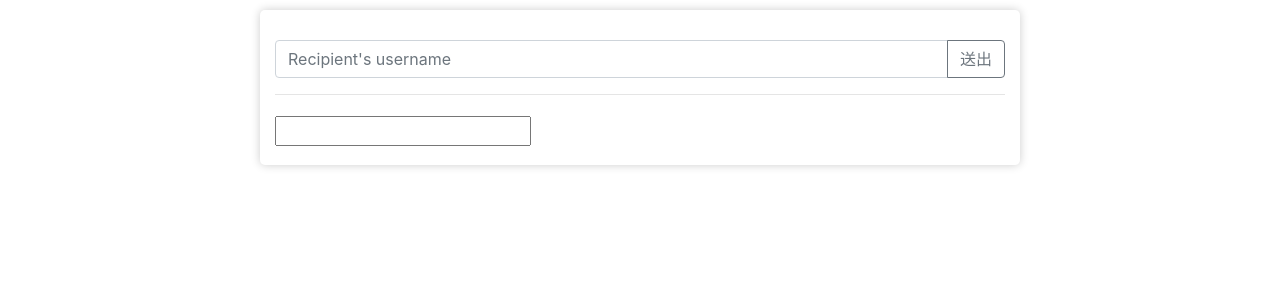
Repository: iian0910/vue3_todoList
Page: /
An editor plug-in stored every save of this project. The page is shown before and after the next save, followed by the edit.
The browser window is 1280 px wide. The pictures show the whole page.
The project was rebuilt for these pictures with package versions that can differ from the ones it lists, and the page was loaded fresh each time.

Above is the page before, as saved 2021-02-23 16:05:56.

After the next save:
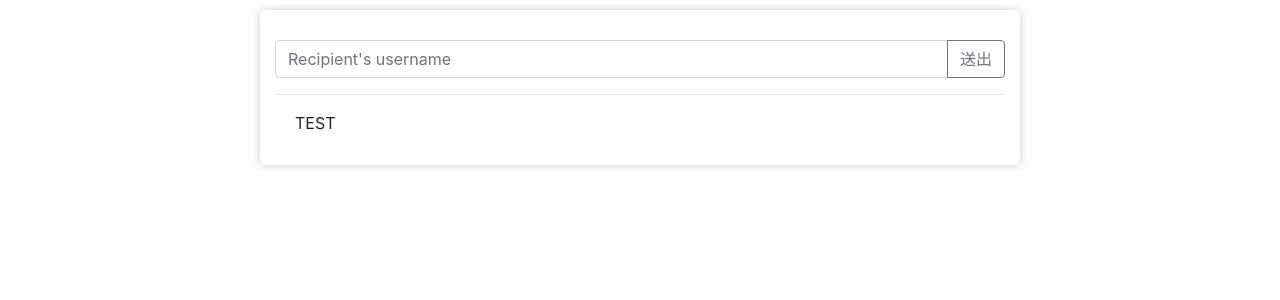
Saved 12 s later.
--- a/src/components/TodoList.vue
+++ b/src/components/TodoList.vue
@@ -22,7 +22,6 @@
         <ul class="list">
           <li class="list-item" v-for="(todo, index) in todoList" :key="index">
             <div class="form-check">
-              <input class="form-check-input remove-teg" type="text" :id="todo.id">
               <label class="form-check-label" :for="todo.id">{{todo.title}}</label>
             </div>
           </li>
